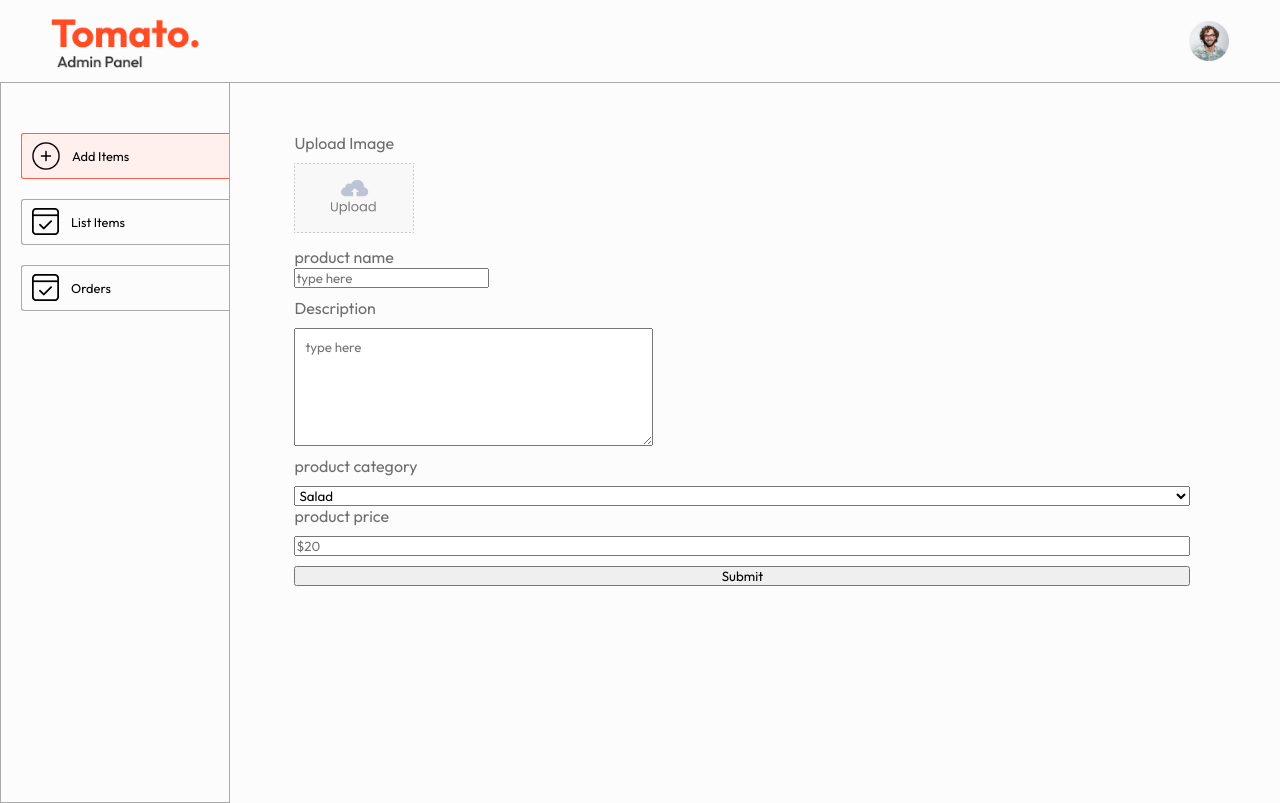
Repository: sodmaq/food-delivery
Page: /add (app in admin/)
An editor plug-in stored every save of this project. The page is shown before and after the next save, followed by the edit.
The browser window is 1280 px wide. The pictures show the whole page.
The project was rebuilt for these pictures with package versions that can differ from the ones it lists, and the page was loaded fresh each time. Also part of the build but not shown: admin/vite.config.js, admin/src/pages/orders/Orders.jsx. Imported but missing from the stored project, and not drawn on this page: admin/src/pages/list/List.

Above is the page before, as saved 2024-10-04 22:57:57.

After the next save:
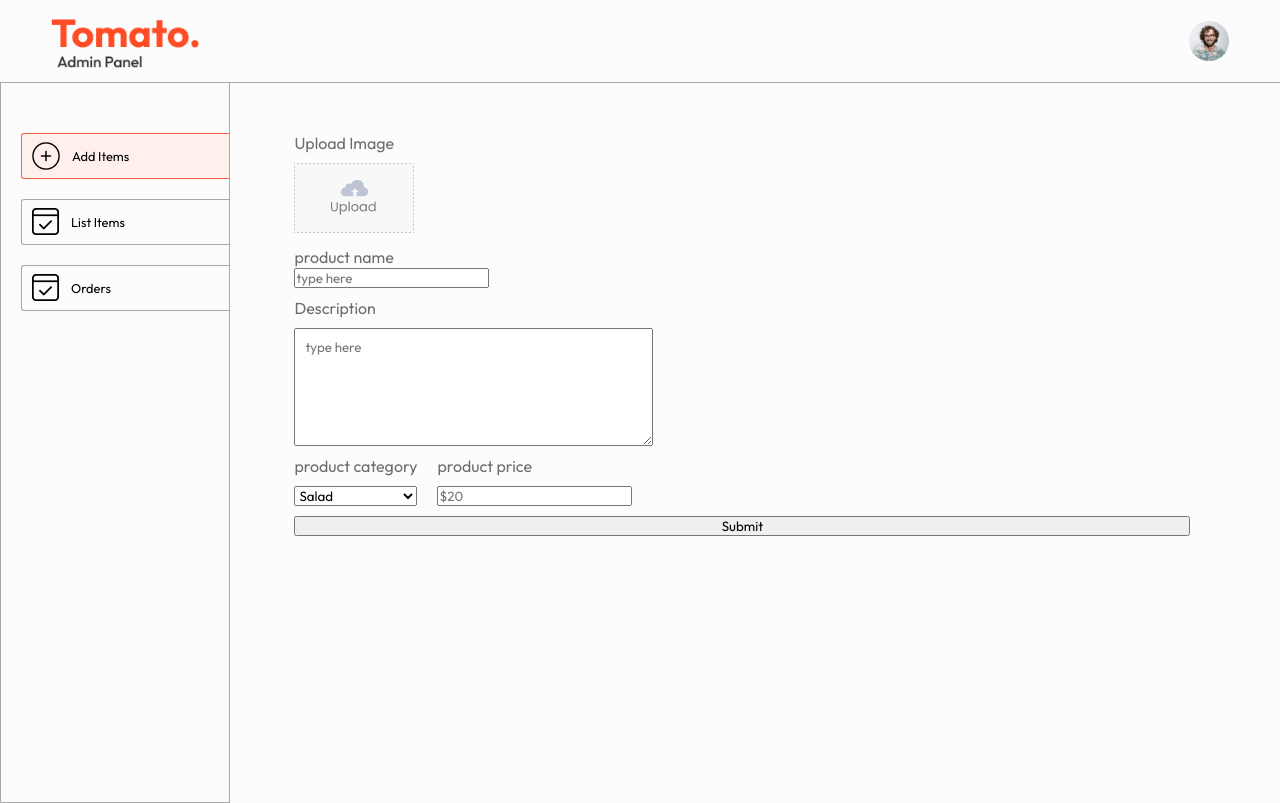
Saved 19 s later.
--- a/admin/src/pages/add/Add.css
+++ b/admin/src/pages/add/Add.css
@@ -23,4 +23,7 @@
   padding: 10px;
 }
 
-.add;
+.add-category-price {
+  display: flex;
+  gap: 20px;
+}
